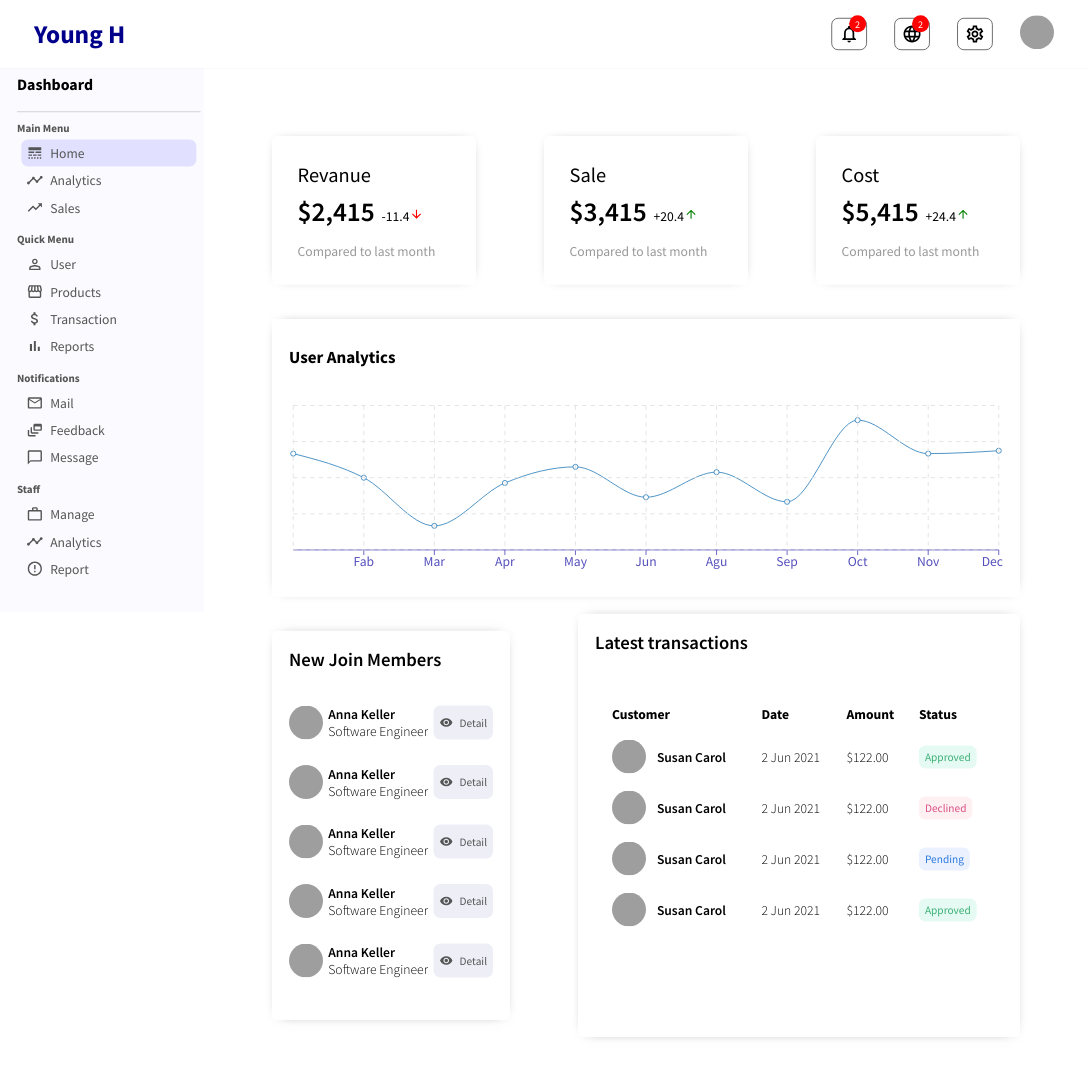
Repository: noname20011/admin
Page: /
An editor plug-in stored every save of this project. The page is shown before and after the next save, followed by the edit.
The browser window is 1280 px wide. The pictures show the whole page, at 85% of full size.
Pictures or frames that could not be fetched are drawn as grey boxes. The project was rebuilt for these pictures with package versions that can differ from the ones it lists, and the page was loaded fresh each time.

Above is the page before, as saved 2021-11-14 09:19:46.

After the next save:
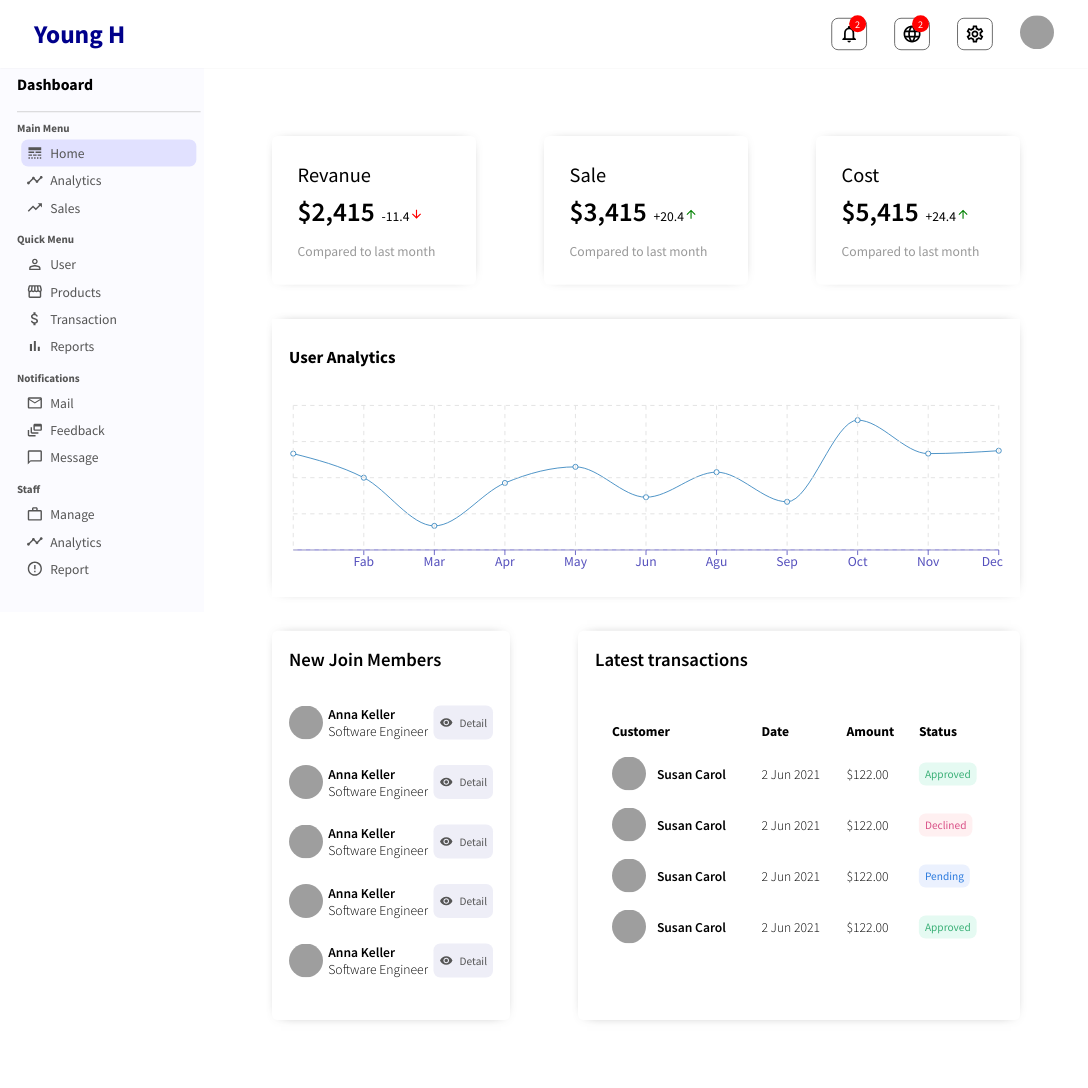
Saved 18 s later.
--- a/src/comopnents/widgetLg/widgetLg.css
+++ b/src/comopnents/widgetLg/widgetLg.css
@@ -1,7 +1,7 @@
 .widgetLg {
     flex: 2;
     border-radius: .4rem;
-    margin: 0 40px;
+    margin: 20px 40px;
     padding: 20px;
     -webkit-box-shadow: 0px 0px 15px -10px rgba(0, 0, 0, 0.75);
     box-shadow: 0px 0px 15px -10px rgba(0, 0, 0, 0.75);
